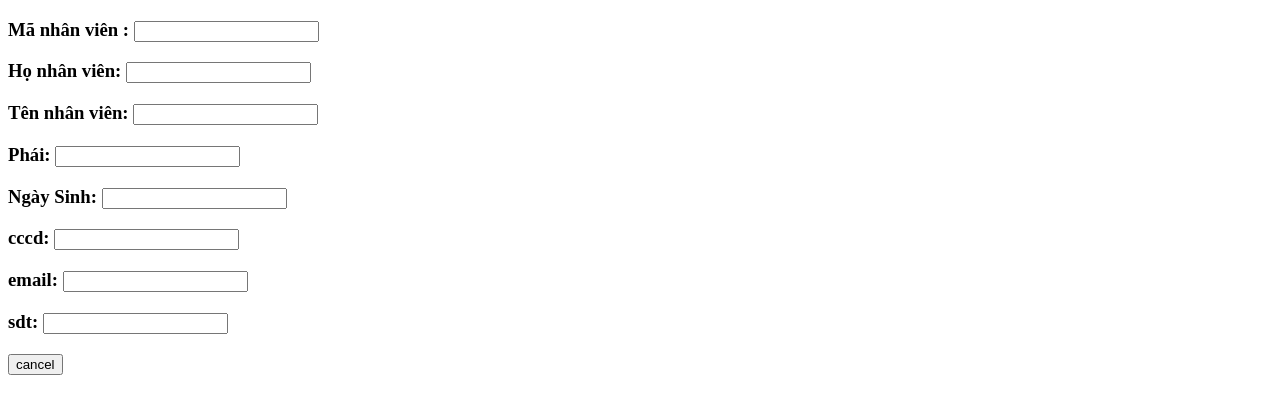
Repository: QuanghuyK1/CNPM
Page: http://localhost/CNPM/WEB-INF/views/admin/info.jsp
These files come from the project's save history. The page is drawn as it stood at one moment and after the next save; the edit follows.
The browser window is 1280 px wide. The pictures show the whole page.
The page is served by Tomcat 9. Nobody is signed in. Other server files are loaded and not shown. The template is opened directly, without the code that normally fills it, so the values that code supplies are empty.

Above is the page before, as saved 2022-04-21 14:27:07.

### CNPM-main/WebXeKhach/CNPM/src/main/webapp/WEB-INF/views/admin/info.jsp
<%@ page language="java" contentType="text/html; charset=utf-8"
	pageEncoding="utf-8"%>
<%@ taglib uri="http://java.sun.com/jsp/jstl/core" prefix="c"%>
<%@taglib uri="http://www.springframework.org/tags/form" prefix="form"%>
<!DOCTYPE html>
<html>
<head>
<meta charset="utf-8">
<title>Insert title here</title>
</head>
<body>
	<form:form modelAttribute = "newnv">
		<h3>
			Mã nhân viên : <input path = "maNV" value = "${nv.maNV }">
		</h3>
		<h3>Họ nhân viên: <input path = "hoNV" value = "${nv.hoNV }"></h3>
		<h3>Tên nhân viên: <input path = "tenNV" value = "${nv.tenNV }"></h3>
		<h3>Phái:
				<input path = "phai" value = "${nv.phai }">

		</h3>
		<h3>Ngày Sinh:
			<input type="text" path = "ngaySinh" value = "${date }">
		</h3>
		<h3>cccd: <input path = "cccd" value = "${nv.cccd }"></h3>
		<h3>email: <input path = "email" value = "${nv.email }"></h3>
		<h3>sdt: <input path = "sdt" value = "${nv.sdt }"></h3>
		<h3>
			<a href = "/admin/danhsach.htm"><button>cancel</button></a>
			<form:form action = ""></form:form>
		</h3>
	</form:form>
</body>
</html>

After the next save:
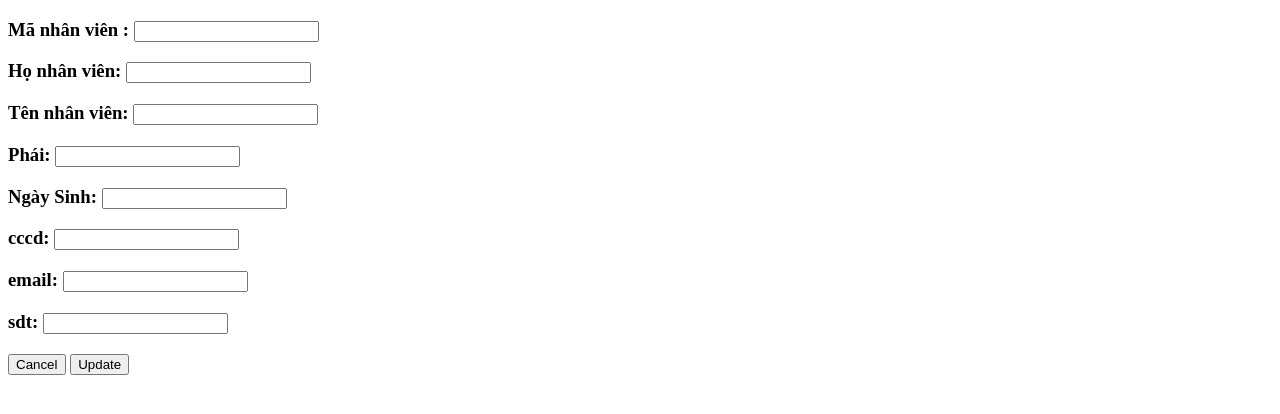
Saved 68 s later.
--- a/CNPM-main/WebXeKhach/CNPM/src/main/webapp/WEB-INF/views/admin/info.jsp
+++ b/CNPM-main/WebXeKhach/CNPM/src/main/webapp/WEB-INF/views/admin/info.jsp
@@ -26,8 +26,8 @@
 		<h3>email: <input path = "email" value = "${nv.email }"></h3>
 		<h3>sdt: <input path = "sdt" value = "${nv.sdt }"></h3>
 		<h3>
-			<a href = "/admin/danhsach.htm"><button>cancel</button></a>
-			<form:form action = ""></form:form>
+			<a href = "/admin/danhsach.htm"><button>Cancel</button></a>
+			<form:form action = ""><button>Update</button></form:form>
 		</h3>
 	</form:form>
 </body>
